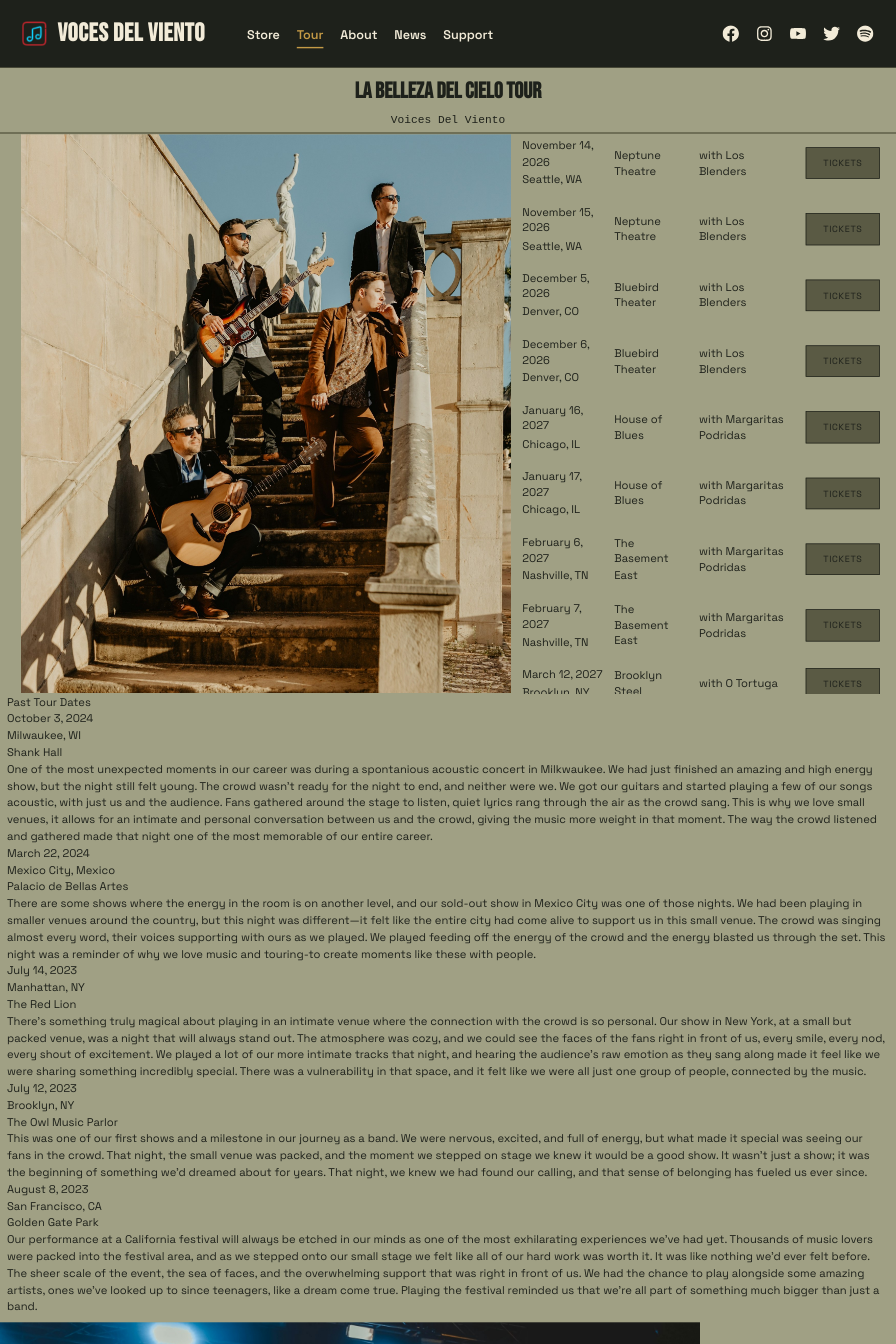
Repository: lime929/voices-del-viento
Page: /tour
These files come from the project's save history. The page is drawn as it stood at one moment and after the next save; the edit follows.
The browser window is 1280 px wide. The pictures show the part of the page from y = 0 to 1920 px (the page is 9957 px tall), at 70% of full size.
An inner scrolling area shows only its first screen. The project was rebuilt for these pictures with package versions that can differ from the ones it lists, and the page was loaded fresh each time. The framework's server and built-in components were replaced by stand-ins that run in the browser. Also part of the build but not shown: next.config.mjs.

Above is the page before, as saved 2026-09-14 15:41:41.

### app/layout.jsx
import '../app/globals.css';
import Footer from '../app/components/Footer';
import NavBar from '../app/components/NavBar';


export const metadata = {
  title: "Voces del Viento",
  description:
    "Voces del Viento is a Mexican indie rock band from Michoacán, blending classic Latin rock influences with modern sounds inspired by Caifanes, Juanes, and Los Enanitos Verdes. Discover their heartfelt music, cultural roots, and energetic live performances.",
  keywords: [
    "Voces del Viento",
    "Mexican indie rock",
    "Michoacán, Mexico",
    "Latin rock",
    "Alternative music",
    "band from Mexico",
    "indie music",
  ],
};

export default function MainLayout({ children }) {
  return (
    <html lang="en">
      <body>
        <NavBar />
        {children}
        <Footer />
      </body>
    </html>
  );
}

### app/tour/page.jsx
import styles from "./page.module.css";
import TourCurrent from "../components/TourCurrent";
import TourPast from "../components/TourPast";
import tours from "./tours.json";
import Image from "next/image";
import tourImage from "../../public/images/tour/tourImage.jpg";
import TourGallery from "../components/TourGallery";

export const metadata = {
  title: "Voces del Viento | Tour",
  description: "Live performances and tour dates for Voces del Viento. Check out our upcoming concerts and events.",
  keywords: [
    "Voces del Viento",
    "Concert announcements",
    "Live performances",
    "Tour dates",
    "Music events",
    "Band tour",
    "Live music",
    "Concert schedule",
    "Tour updates",
    "Music tour"
  ]
};

export default function TourPage() {
  const upcomingTours = tours.filter((tour) => tour.status === "upcoming");
  const pastTours = tours.filter((tour) => tour.status === "past");

  return (
    <>
      <div className={styles.tourContainer}>
      <div className={styles.tourHeader}>
        <h2 className={styles.tourTitle}>La Belleza del Cielo Tour</h2>
        <h4 className={styles.bandName}>Voices Del Viento</h4>
      </div>
       <div className={styles.currentColumns}>
  <div className={styles.currentTourImageWrap}>
          <Image
            src={tourImage}
            alt="Band's Tour image"
            width={700}
            height={800}
            sizes="100vw"
            className={styles.tourImage}
          />
        </div>
          <div className={styles.currentTourList}>
            {upcomingTours.map((tour) => (
            <TourCurrent key={tour.id} tour={tour} />
          ))}
          </div>
        </div>

        <div className={styles.pastTourList}>
          <h3 className={styles.pastTourTitle}>Past Tour Dates</h3>
          {pastTours.map((tour) => (
            <TourPast key={tour.id} tour={tour} />
          ))}
        </div>
      </div>
      <TourGallery />
    </>
  );
}

### app/globals.css
/* @import url("https://fonts.googleapis.com/css2?family=Bebas+Neue&family=DM+Sans:opsz,wght@9..40,400;9..40,500;9..40,600;9..40,700&family=Space+Mono:wght@400;700&display=swap");
@import url('https://fonts.googleapis.com/css2?family=Space+Grotesk:wght@300..700&display=swap'); */

@import url('https://fonts.googleapis.com/css2?family=Archivo+Black&family=Bebas+Neue&family=DM+Sans:ital,opsz,wght@0,9..40,100..1000;1,9..40,100..1000&family=Oswald:wght@200..700&family=Roboto+Mono:ital,wght@0,100..700;1,100..700&family=Space+Grotesk:wght@300..700&display=swap');
@import "tailwindcss";

@theme {
      /* Large headings and album titles */
  --font-display: "Bebas Neue", sans-serif;
    /* Paragraphs, navigation, and buttons */
  --font-body: "Space Grotesk", sans-serif;
    /* Dates, labels, and small details */
  --font-mono: "Space Mono", monospace;

    /* Main page background */
  --color-band-bg: #A0A084;
    /* Main text, dark sections & footer */
  --color-band-ink: #1E211B;
    /* Text on dark/red backgrounds */
  --color-band-cream: #F2EBD8;
    /* Borders and secondary accents */
  --color-band-olive: #5a5a44;
    /* Small highlights and labels */
  --color-band-gold: #C49A46;
}

body {
  font-family: var(--font-body);
  background-color: var(--color-band-bg);
  color: var(--color-band-ink);
  margin: 0;
  padding: 0;
}

### app/components/Footer.jsx
export default function Footer() {
  return (
    <footer className="border-t border-band-olive bg-band-ink py-8 px-4 sm:px-6">
      <div className="mx-auto max-w-6xl">
        <div className="flex flex-col items-center justify-between gap-8 text-sm md:flex-row">
          {/* Copyright */}
          <div className="order-2 text-center md:order-1 md:text-left">
            <p className="font-semibold text-band-cream">
              © {new Date().getFullYear()}{' '}
              <span className="font-black text-band-cream">Voices Del Viento</span>
            </p>
            <p className="mt-1 font-mono text-xs tracking-wider text-band-gold">
              Made with Next.js & Tailwind by Liliana Mendez
            </p>
          </div>

          {/* Right links */}
          <nav className="order-1 flex items-center gap-6 md:order-2">
            <a
              href="/store"
              className="border-b-2 border-transparent pb-1 text-sm font-semibold text-band-cream transition-all duration-200 hover:border-band-gold hover:text-band-gold"
            >
              Store
            </a>
            <a
              href="/tour"
              className="border-b-2 border-transparent pb-1 text-sm font-semibold text-band-cream transition-all duration-200 hover:border-band-gold hover:text-band-gold"
            >
              Tour
            </a>
            <a
              href="/about"
              className="border-b-2 border-transparent pb-1 text-sm font-semibold text-band-cream transition-all duration-200 hover:border-band-gold hover:text-band-gold"
            >
              About
            </a>
            <a
              href="/news"
              className="border-b-2 border-transparent pb-1 text-sm font-semibold text-band-cream transition-all duration-200 hover:border-band-gold hover:text-band-gold"
            >
              News
            </a>
            <a
              href="/support"
              className="border-b-2 border-transparent pb-1 text-sm font-semibold text-band-cream transition-all duration-200 hover:border-band-gold hover:text-band-gold"
            >
              Support
            </a>
          </nav>
        </div>
      </div>
    </footer>
  );
}

### app/components/NavBar.jsx
'use client';
import { useState } from "react";
import Link from "next/link";
import Image from "next/image";
import { usePathname } from "next/navigation";
import { FaBars, FaTimes, FaFacebook, FaInstagram, FaYoutube, FaTwitter,FaSpotify } from "react-icons/fa";
import logoIcon from '../../app/icon.png';

export default function NavBar() {
  const [isMobileMenuOpen, setIsMobileMenuOpen] = useState(false);
  const pathname = usePathname();

  return (
    <>
      <nav className="bg-band-ink border-b border-band-olive sticky top-0 z-50">
        <div className="px-4 lg:px-6">
          <div className="relative flex h-24 items-center justify-between">

            {/* Mobile menu button: always positioned absolute left and hidden on md+ screens */}
            <div className="absolute inset-y-0 left-0 flex items-center md:hidden">
              <button
                onClick={() => setIsMobileMenuOpen(!isMobileMenuOpen)}
                className="inline-flex items-center justify-center p-2 rounded-md text-band-cream hover:text-band-gold hover:bg-band-olive/20 focus:outline-none focus:ring-2 focus:ring-band-gold"
                aria-controls="mobile-menu"
                aria-expanded={isMobileMenuOpen}
              >
                <span className="sr-only">Open main menu</span>
                {isMobileMenuOpen ? (
                  <FaTimes className="block h-6 w-6" />
                ) : (
                  <FaBars className="block h-6 w-6" />
                )}
              </button>
            </div>

            <div className="flex flex-1 items-center justify-center md:justify-start">
              <Link href="/" className="flex flex-shrink-0 items-center gap-2 hover:opacity-90 transition">
                <Image
                  src={logoIcon}
                  alt="Voices Del Viento Logo"
                  width={50}
                  height={50}
                  priority
                />

                <span className="hidden font-display text-4xl font-bold uppercase tracking-wide text-band-cream transition-colors hover:text-band-gold md:block md:mr-9">
                Voces Del Viento
                </span>
              </Link>


              <div className="hidden md:ml-6 md:block md:pt-2">
                <div className="flex space-x-4 lg:space-x-6">
                  <Link
                    href="/store"
                    className={`${
                      pathname === "/store" ? "border-b-2 border-band-gold text-band-gold" : "border-b-2 border-transparent text-band-cream hover:text-band-gold hover:border-band-gold"
                    } text-lg font-semibold pb-1 transition-all`}
                  >
                    Store
                  </Link>
                  <Link
                    href="/tour"
                    className={`${
                      pathname === "/tour" ? "border-b-2 border-band-gold text-band-gold" : "border-b-2 border-transparent text-band-cream hover:text-band-gold hover:border-band-gold"
                    } text-lg font-semibold pb-1 transition-all`}
                  >
                    Tour
                  </Link>
                  <Link
                    href="/about"
                    className={`${
                      pathname === "/about" ? "border-b-2 border-band-gold text-band-gold" : "border-b-2 border-transparent text-band-cream hover:text-band-gold hover:border-band-gold"
                    } text-lg font-semibold pb-1 transition-all`}
                  >
                    About
                  </Link>
                  <Link
                    href="/news"
                    className={`${
                      pathname === "/news" ? "border-b-2 border-band-gold text-band-gold" : "border-b-2 border-transparent text-band-cream hover:text-band-gold hover:border-band-gold"
                    } text-lg font-semibold pb-1 transition-all`}
                  >
                    News
                  </Link>
                  <Link
                    href="/support"
                    className={`${
                      pathname === "/support" ? "border-b-2 border-band-gold text-band-gold" : "border-b-2 border-transparent text-band-cream hover:text-band-gold hover:border-band-gold"
                    } text-lg font-semibold pb-1 transition-all`}
                  >
                    Support
                  </Link>
                </div>
              </div>
            </div>

            <div className="absolute inset-y-0 right-0 flex items-center pr-2 md:static md:ml-6 md:pr-0">
              <div className="flex items-center gap-2 text-band-cream">
             <button className="relative p-2 rounded-full transition-transform duration-250 ease-in-out hover:scale-110 hover:text-band-gold">
                    <FaFacebook className="h-6 w-6" />
                </button>
             <button className="relative p-2 rounded-full transition-transform duration-250 ease-in-out hover:scale-110 hover:text-band-gold">
                    <FaInstagram className="h-6 w-6" />
                </button>
             <button className="relative p-2 rounded-full transition-transform duration-250 ease-in-out hover:scale-110 hover:text-band-gold">
                    <FaYoutube className="h-6 w-6" />
                </button>
             <button className="relative p-2 rounded-full transition-transform duration-250 ease-in-out hover:scale-110 hover:text-band-gold">
                    <FaTwitter className="h-6 w-6" />
                </button>
            <button className="relative p-2 rounded-full transition-transform duration-250 ease-in-out hover:scale-110 hover:text-band-gold">
                    <FaSpotify className="h-6 w-6" />
                </button>
              </div>
            </div>
          </div>
        </div>

        {/* Mobile menu */}
        {isMobileMenuOpen && (
          <div className="md:hidden bg-band-ink/95 backdrop-blur-md border-t border-band-olive px-4 pb-4 pt-2 space-y-1">
            <Link
              href="/store"
              className={`${
                pathname === "/store" ? "bg-band-olive/20 text-band-cream" : "border-b-2 border-transparent text-band-cream hover:bg-band-olive/20 hover:text-band-gold"
              } block rounded-md px-3 py-3 text-base font-semibold transition-colors`}
              onClick={() => setIsMobileMenuOpen(false)}
            >
              Store
            </Link>
            <Link
              href="/tour"
              className={`${
                pathname === "/tour" ? "bg-band-olive/20 text-band-cream" : "border-b-2 border-transparent text-band-cream hover:bg-band-olive/20 hover:text-band-gold"
              } block rounded-md px-3 py-3 text-base font-semibold transition-colors`}
              onClick={() => setIsMobileMenuOpen(false)}
            >
              Tour
            </Link>
            <Link
              href="/about"
              className={`${
                pathname === "/about" ? "bg-band-olive/20 text-band-cream" : "border-b-2 border-transparent text-band-cream hover:bg-band-olive/20 hover:text-band-gold"
              } block rounded-md px-3 py-3 text-base font-semibold transition-colors`}
              onClick={() => setIsMobileMenuOpen(false)}
            >
              About
            </Link>
            <Link
              href="/news"
              className={`${
                pathname === "/news" ? "bg-band-olive/20 text-band-cream" : "border-b-2 border-transparent text-band-cream hover:bg-band-olive/20 hover:text-band-gold"
              } block rounded-md px-3 py-3 text-base font-semibold transition-colors`}
              onClick={() => setIsMobileMenuOpen(false)}
            >
              News
            </Link>
            <Link
              href="/support"
              className={`${
                pathname === "/support" ? "bg-band-olive/20 text-band-cream" : "border-b-2 border-transparent text-band-cream hover:bg-band-olive/20 hover:text-band-gold"
              } block rounded-md px-3 py-3 text-base font-semibold transition-colors`}
              onClick={() => setIsMobileMenuOpen(false)}
            >
              Support
            </Link>
          </div>
        )}
      </nav>
    </>
  );
}

### app/tour/page.module.css
/* Tour banner */
.tourContainer {
  display: flex;
  flex-direction: column;
  padding: 10px;
  background-color: var(--color-band-bg);
}

.tourHeader {
    align-items: center;
    text-align: center;
    width: 100vw;
    margin-left: calc(50% - 50vw);
    box-sizing: border-box;
}

.bandName {
  font-family: var(--font-mono);
  border-bottom: 2px solid var(--color-band-olive);
  padding-bottom: 5px;
}

.tourTitle {
  font-size: 2rem;
  font-weight: bold;
  margin-bottom: 5px;
  color: var(--color-band-ink);
  font-family: var(--font-display);
}

/* current tour entries */
.currentColumns {
  display: grid;
  grid-template-columns: 1fr 1fr;
  align-items: center;
  width: 100%;
}

.currentTourImageWrap {
  width: 700px;
  margin-top: 0;
  margin-left: 20px
}

.tourImage {
  width: 100%;
  height: auto;
  display: block;
}

.currentTourList {
  display: flex;
  flex-direction: column;
  gap: 0;
  max-height: 800px;
  overflow-y: auto;
  padding-right: 0.5rem;
}

.tourEntry {
  display: grid;
  grid-template-columns: 1.1fr 1fr 1.3fr auto;
  grid-template-rows: auto auto;
  align-items: center;
  gap: 1rem;
  padding: 0.4rem 0.3rem 0.1rem 1rem;
}

.tourEntry:hover {
  background-color: rgba(0, 0, 0, 0.05);
  transition: background-color 0.2s ease;
}

.tourDateLocation {
  display: flex;
  flex-direction: column;
  gap: 0.2rem;
}

.tourDateCell,
.tourLocationCell,
.tourVenueCell,
.tourGuestCell {
  font-size: 1rem;
  line-height: 1.4;
  margin: 0;
}

.tourTickets {
  justify-self: end;
  padding: 0.75rem 1.5rem;
  border: 1px solid var(--color-band-ink);
  text-decoration: none;
  color: var(--color-band-ink);
  text-transform: uppercase;
  letter-spacing: 0.08em;
  font-size: 0.8rem;
  background-color: var(--color-band-olive);
  transition: background-color 0.2s ease, color 0.2s ease;
}

.tourTickets:hover {
  background-color: #111;
  color: #fff;
}

/* smaller screens */
/* dates appear below img */
@media (width <= 768px) {
  .tourContainer {
    display: flex;
    flex-direction: column;
  }

  .currentColumns {
    display: flex;
    flex-direction: column;
    width: 100%;
  }

  .currentTourImageWrap {
    width: 100%;
    margin-left: 0;
  }
}

/* Tour Gallery */
/* Default thumbnail styling */
.tourGalleryImage {
  width: 100%;
  height: auto;
  cursor: zoom-in;
  transition: transform 0.3s ease; /* Smooth enlargement effect */
}

/* Styling applied when the image is clicked */
.tourGalleryImage.enlarged {
  transform: scale(2); /* Doubles the size. Adjust the scale ratio as needed */
  cursor: zoom-out;
  z-index: 999;        /* Layers it above other elements */
  position: relative;  /* Ensures z-index takes effect */
}

### app/components/TourCurrent.jsx
import styles from "../tour/page.module.css";

export default function TourCurrent({ tour }) {
  return (
    <div className={styles.tourEntry}>
      <div className={styles.tourDateLocation}>
        <div className={styles.tourDateCell}>{tour.date}</div>
        <div className={styles.tourLocationCell}>{tour.location}</div>
      </div>

      <div className={styles.tourVenueCell}>{tour.venue}</div>

      {tour.specialGuest && (
        <div className={styles.tourGuestCell}>{tour.specialGuest}</div>
      )}

      {tour.tickets && (
        <a
          href={tour.tickets.href}
          className={styles.tourTickets}
          target="_blank"
        >
          {tour.tickets.label}
        </a>
      )}
    </div>
  );
}

### app/components/TourPast.jsx
import styles from "../tour/page.module.css";

export default function TourPast({ tour }) {
  return (
  <>
    <div className={styles.pastTour}>
            <p className={styles.tourDate}>{tour.date}</p>
            <p className={styles.tourLocation}>{tour.location}</p>
            <p className={styles.tourVenue}>{tour.venue}</p>
            <p className={styles.tourDescription}>{tour.description}</p>
    </div>
  </>
  );
}

### app/components/TourGallery.jsx
"use client";

import { useState } from "react";
import Image from "next/image";
import styles from "../tour/page.module.css";
import tour1 from "../../public/images/tour/tour-1.jpg";
import tour2 from "../../public/images/tour/tour-2.jpg";
import tour3 from "../../public/images/tour/tour-3.jpg";
import tour4 from "../../public/images/tour/tour-4.jpg";
import tour5 from "../../public/images/tour/tour-5.jpg";
import tour6 from "../../public/images/tour/tour-6.jpg";
import tour7 from "../../public/images/tour/tour-7.jpg";
import tour8 from "../../public/images/tour/tour-8.jpg";

const images = [tour1, tour2, tour3, tour4, tour5, tour6, tour7, tour8];

export default function TourGallery() {
  const [selectedImage, setSelectedImage] = useState(images[0]);

  return (
    <div className={styles.tourGallery}>
      <div className={styles.tourSpotlight}>
        <Image
          src={selectedImage}
          alt="Selected tour image"
          width={1000}
          height={800}
          className={styles.tourSpotlightImage}
        />
      </div>

      <div className={styles.tourGalleryGrid}>
        {images.map((image, index) => (
          <button
            key={index}
            type="button"
            className={styles.tourGalleryThumbButton}
            onClick={() => setSelectedImage(image)}
            aria-label={`View tour image ${index + 1}`}
          >
            <Image
              src={image}
              alt={`Tour Image ${index + 1}`}
              width={300}
              height={240}
              className={styles.tourGalleryImage}
            />
          </button>
        ))}
      </div>
    </div>
  );
}

Loaded but not shown: app/tour/tours.json (247 lines, source omitted)

After the next save:
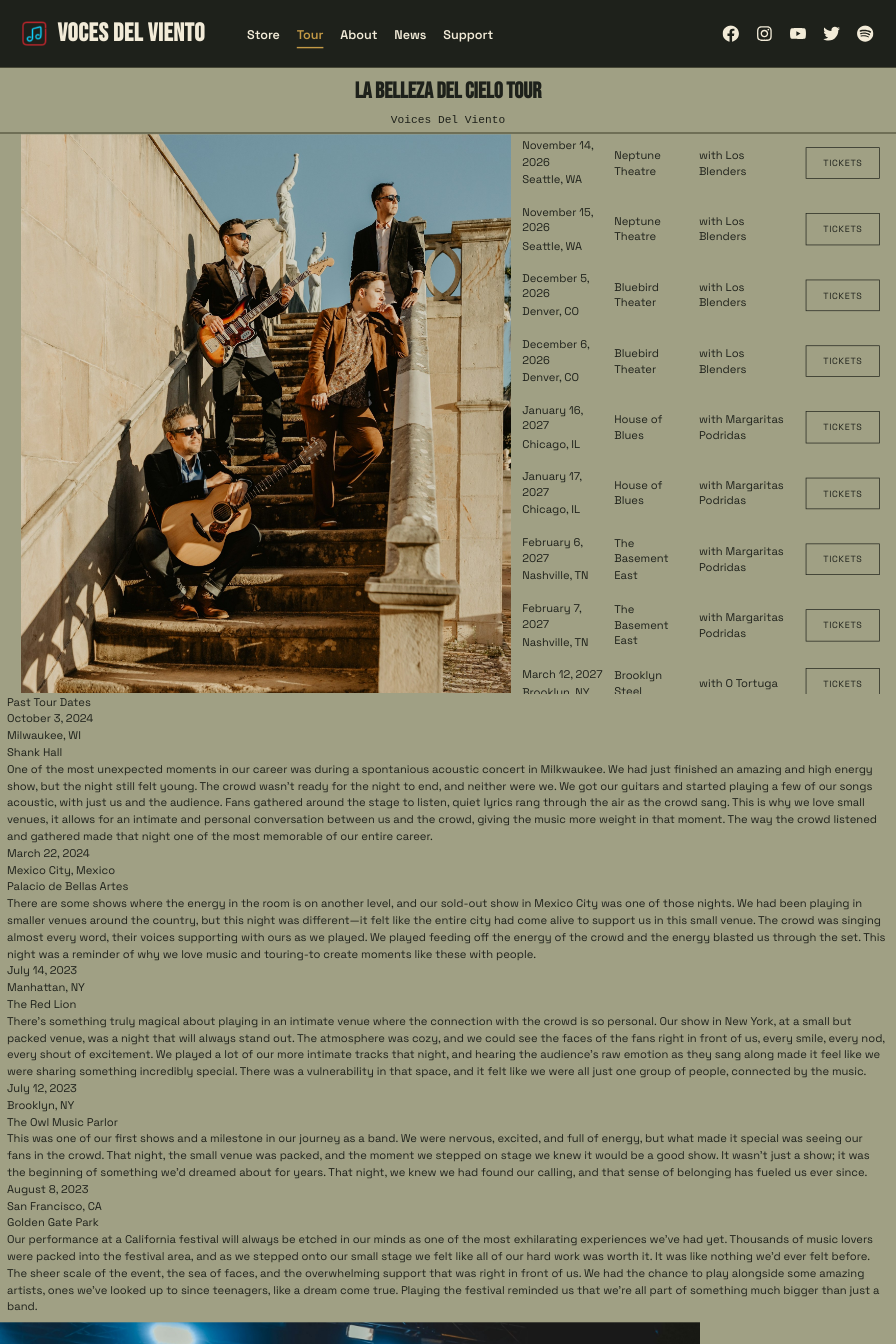
Saved 6 s later.
--- a/app/tour/page.module.css
+++ b/app/tour/page.module.css
@@ -95,7 +95,7 @@
   text-transform: uppercase;
   letter-spacing: 0.08em;
   font-size: 0.8rem;
-  background-color: var(--color-band-olive);
+  /* background-color: var(--color-band-olive); */
   transition: background-color 0.2s ease, color 0.2s ease;
 }
 
